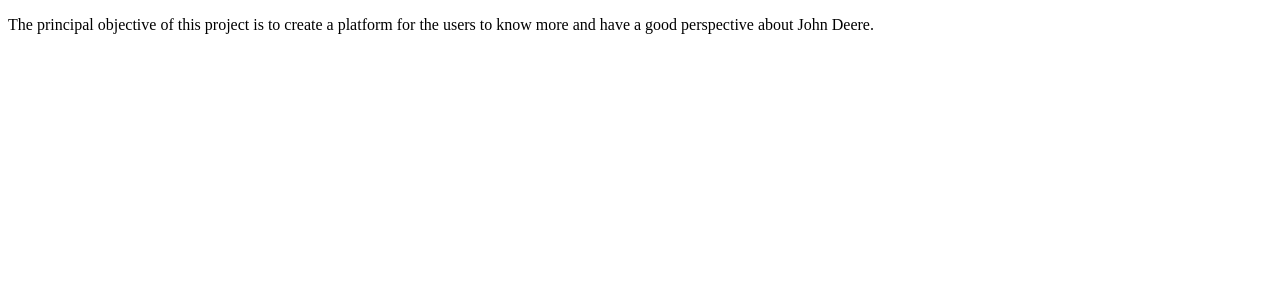
Repository: EduardoJunqueira2004/WEBJohnDeere
Page: aboutus.html
These files come from the project's save history. The page is drawn as it stood at one moment and after a run of saves; the edit follows.
The browser window is 1280 px wide. The pictures show the whole page.

Above is the page before, as saved 2024-12-05 11:30:04.

After the next 3 saves:
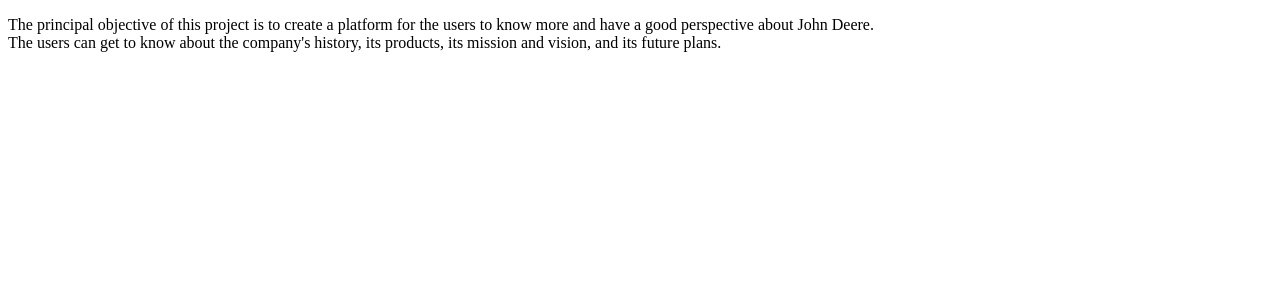
The 3 saves are shown as one change because they came seconds apart.
The last was saved 10 s later.
--- a/aboutus.html
+++ b/aboutus.html
@@ -8,6 +8,7 @@
 <body>
     <p>
         The principal objective of this project is to create a platform for the users to know more and have a good perspective about John Deere.<br>
+        The users can get to know about the company's history, its products, its mission and vision, and its future plans.<br>
 
     </p>
 </body>
